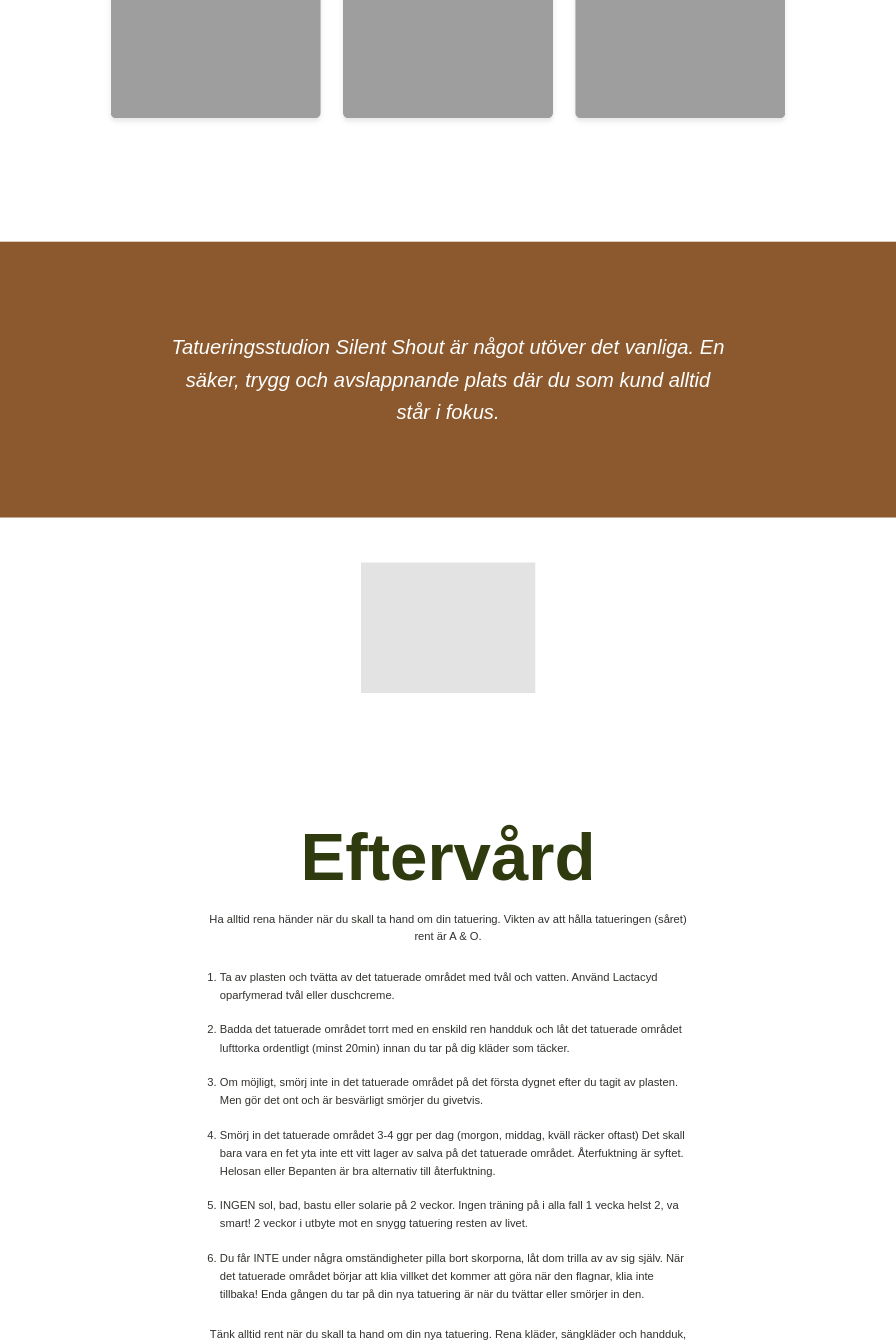
Repository: public-websites/silentshouttattoose
Page: index.html
The author's editor kept a copy of each file at every save. The page is drawn from the files as they stood at one save, then again after the next save.
The browser window is 1280 px wide. The pictures show the part of the page from y = 2745 to 4665 px (the page is 8473 px tall before and 8540 px after), at 70% of full size.
Pictures or frames that could not be fetched are drawn as grey boxes. Some web fonts or font styles are not loaded; a fallback is used.

Above is the page before, as saved 2025-08-26 20:25:04.

After the next save:
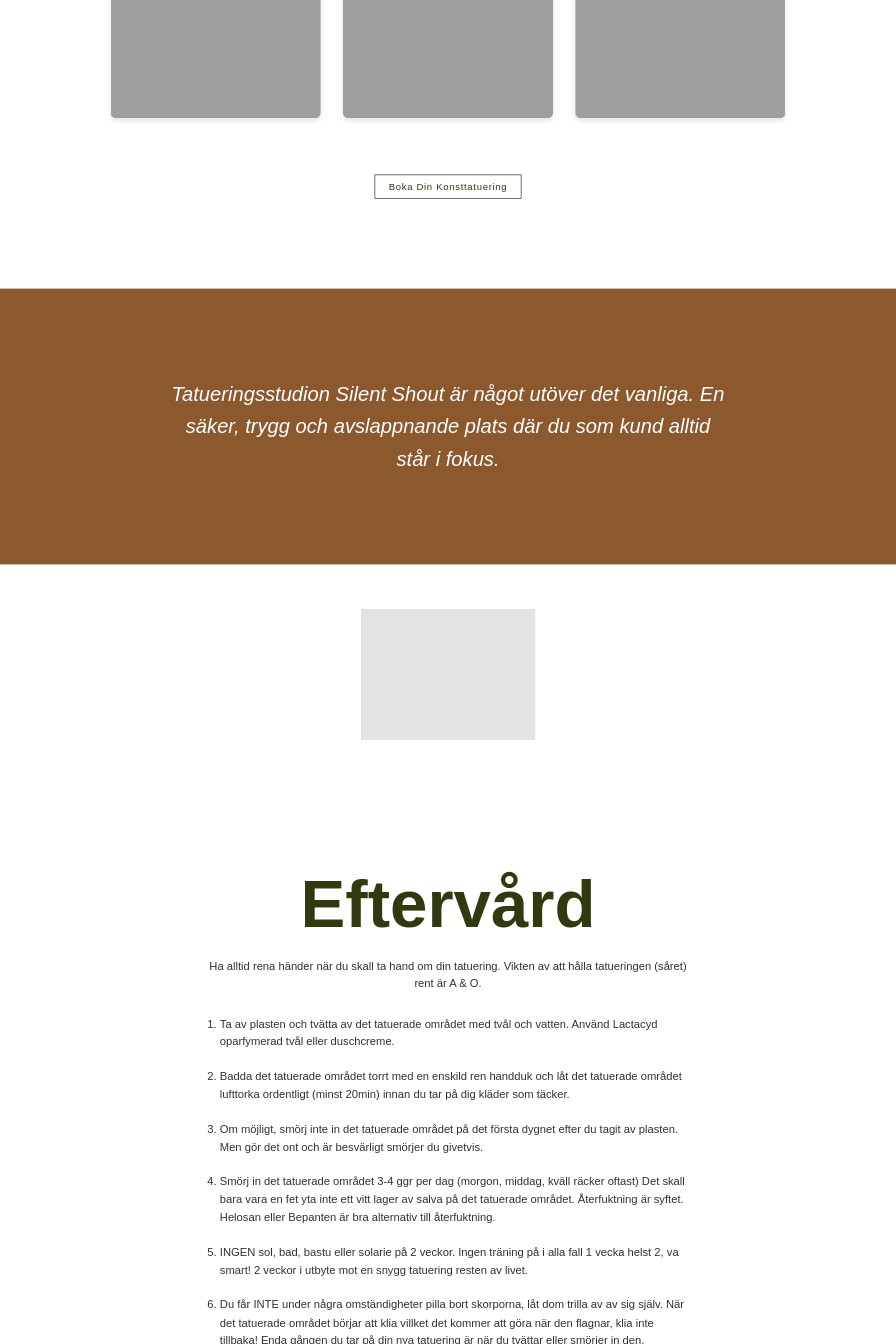
Saved 2 min 24 s later.
--- a/index.html
+++ b/index.html
@@ -110,6 +110,11 @@
                     <img src="konstjobb.jpg" alt="Konstjobb 1" class="gallery-image">
                     <img src="konstjobb.jpg" alt="Konstjobb 2" class="gallery-image">
                     <img src="konstjobb.jpg" alt="Konstjobb 3" class="gallery-image">
+                </div>
+
+                <!-- CTA Button -->
+                <div class="cta-container">
+                    <a href="#boka-tid" class="cta-button">Boka din konsttatuering</a>
                 </div>
 
             </div>
